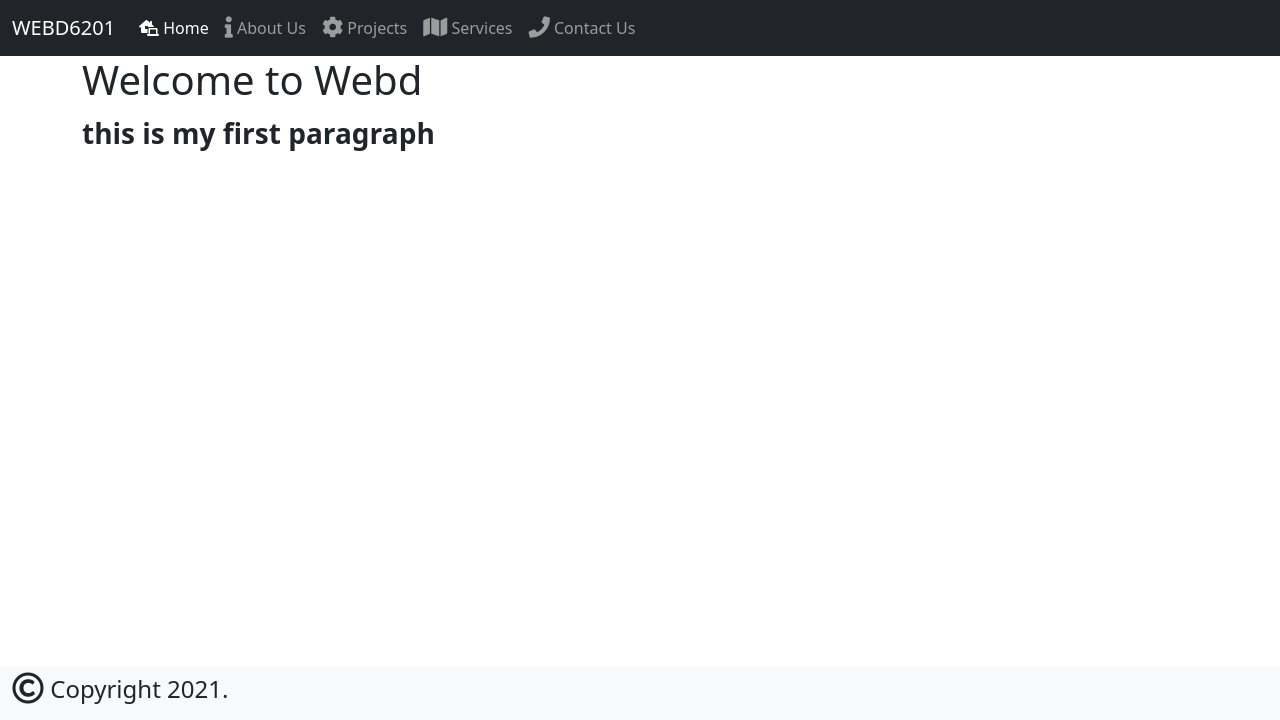
Repository: MuzhdaEhsan/WEBD6201-W2021-ICE1
Page: WEBD6201-W2021-ICE1/index.html
These files come from the project's save history. The page is drawn as it stood at one moment and after the next save; the edit follows.
The browser window is 1280 px wide. The pictures show the whole page.

Above is the page before, as saved 2021-01-22 00:58:56.

After the next save:
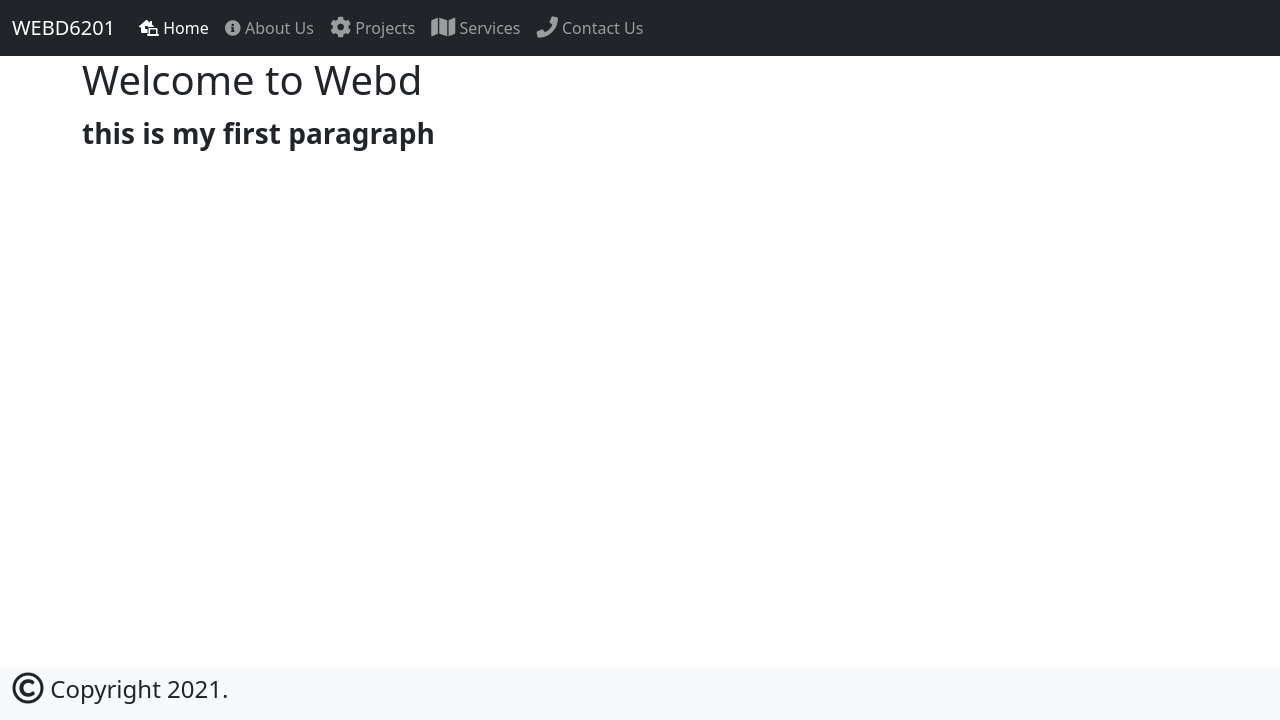
Saved 5 min 33 s later.
--- a/WEBD6201-W2021-ICE1/index.html
+++ b/WEBD6201-W2021-ICE1/index.html
@@ -26,7 +26,7 @@
                   </li>
 
                   <li class="nav-item">
-                    <a class="nav-link" aria-current="page" href="about.html"><i class="fas fa-info fa-lg"></i> About Us</a>
+                    <a class="nav-link" aria-current="page" href="about.html"><i class="fas fa-info-circle"></i> About Us</a>
                   </li>
 
                   <li class="nav-item">
